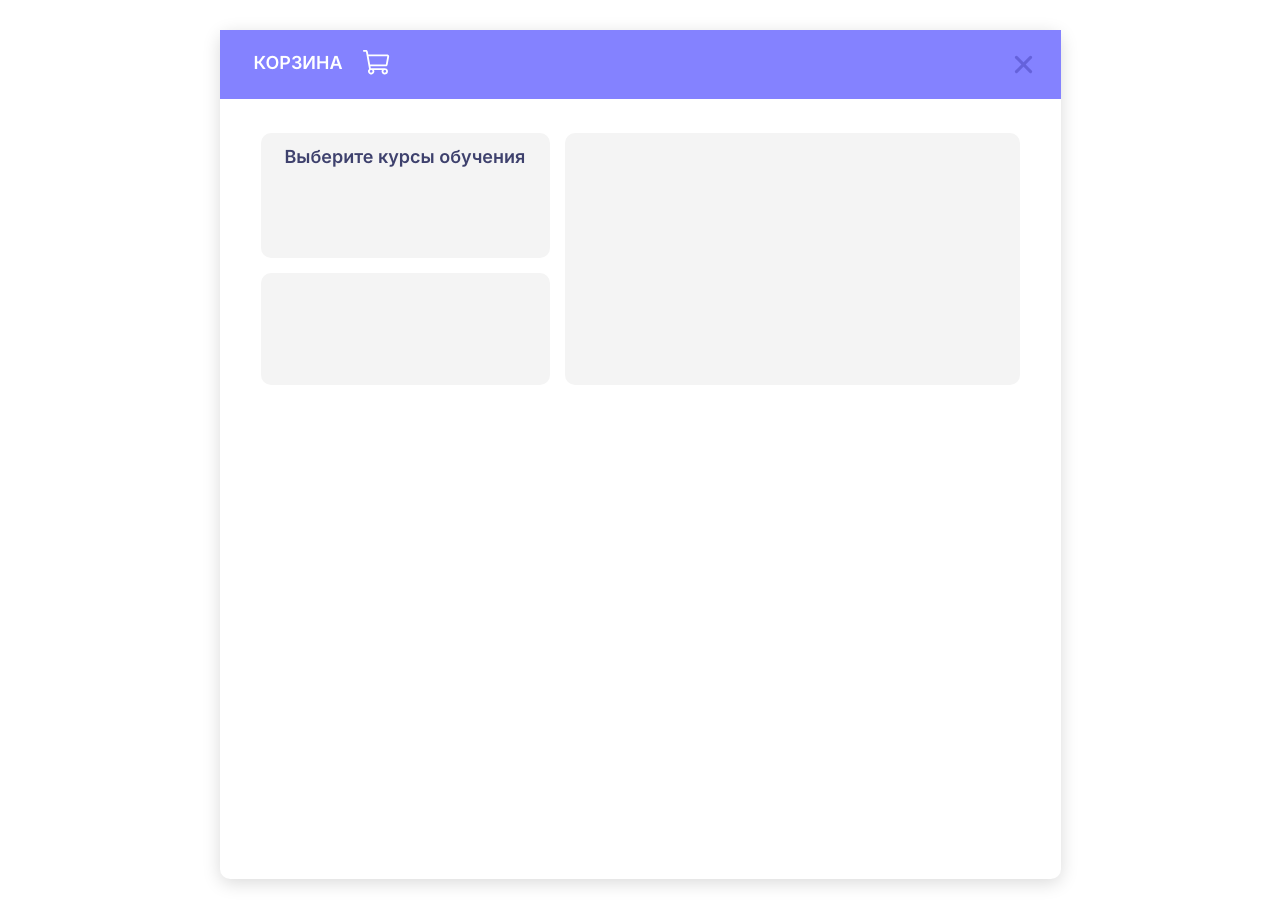
Repository: bek77g/unreal.academy
Page: basket.html
These files come from the project's save history. The page is drawn as it stood at one moment and after the next save; the edit follows.
The browser window is 1280 px wide. The pictures show the whole page.
The style sheet was rebuilt from its Sass, Less or Tailwind sources for each picture, by a compiler version that may differ from the author's.

Above is the page before, as saved 2021-05-05 16:35:34.

### basket.html
<!DOCTYPE html>
<html lang="en">
<head>
  <meta charset="UTF-8">
  <meta http-equiv="X-UA-Compatible" content="IE=edge">
  <meta name="viewport" content="width=device-width, initial-scale=1.0">
  <link rel="stylesheet" href="./src/css/style.css">
  <title></title>
</head>
<body>
    <main>
        <section class="basket">
            <div class="container">
                <div class="basket__card">
                    <div class="basket__header">
                        <div class="basket__logo">
                            <h3 class="basket__logo-title">КОРЗИНА</h3>
                            <div class="basket__logo-img">
                                <svg width="27" height="25" viewBox="0 0 27 25" fill="none" xmlns="http://www.w3.org/2000/svg">
                                    <path d="M24.6193 14.843L26.1041 6.67641C26.1516 6.41488 26.1411 6.1461 26.0734 5.88907C26.0056 5.63204 25.8822 5.39303 25.7119 5.18895C25.5415 4.98487 25.3285 4.8207 25.0877 4.70804C24.847 4.59538 24.5844 4.53699 24.3186 4.53699H5.29406L4.74012 1.49018C4.66427 1.07194 4.44395 0.693632 4.11763 0.421277C3.79131 0.148922 3.37971 -0.000178689 2.95468 1.60714e-07H0.907352C0.666707 1.60714e-07 0.435919 0.0956007 0.265757 0.265771C0.0955957 0.435941 0 0.666741 0 0.907398C0 1.14806 0.0955957 1.37886 0.265757 1.54903C0.435919 1.7192 0.666707 1.8148 0.907352 1.8148H2.95457L5.98319 18.4726C6.01027 18.6199 6.05549 18.7634 6.11782 18.8996C5.6648 19.2824 5.32806 19.7845 5.14574 20.3489C4.96343 20.9133 4.94283 21.5174 5.0863 22.0929C5.22976 22.6684 5.53154 23.1922 5.95744 23.605C6.38334 24.0178 6.91634 24.303 7.49602 24.4283C8.07571 24.5536 8.67891 24.5141 9.23728 24.3141C9.79564 24.1142 10.2868 23.7618 10.6552 23.297C11.0236 22.8322 11.2544 22.2734 11.3215 21.6841C11.3886 21.0948 11.2893 20.4985 11.0349 19.9628H18.9077C18.6129 20.5845 18.528 21.2851 18.6657 21.9593C18.8035 22.6335 19.1565 23.2446 19.6716 23.7008C20.1867 24.157 20.836 24.4336 21.5219 24.4888C22.2077 24.5441 22.8929 24.3751 23.4744 24.0072C24.0559 23.6393 24.5021 23.0926 24.746 22.4491C24.9899 21.8057 25.0182 21.1005 24.8267 20.4396C24.6352 19.7787 24.2342 19.1979 23.6841 18.7846C23.134 18.3713 22.4645 18.1479 21.7764 18.148H7.76863L7.43859 16.3332H22.8339C23.2589 16.3334 23.6705 16.1842 23.9968 15.9119C24.3231 15.6395 24.5434 15.2612 24.6193 14.843ZM9.5272 21.3239C9.5272 21.5931 9.44737 21.8562 9.29782 22.08C9.14827 22.3039 8.93571 22.4783 8.68701 22.5814C8.43832 22.6844 8.16466 22.7113 7.90064 22.6588C7.63663 22.6063 7.39412 22.4767 7.20378 22.2863C7.01343 22.0959 6.88381 21.8534 6.83129 21.5894C6.77878 21.3254 6.80573 21.0517 6.90874 20.803C7.01176 20.5543 7.1862 20.3417 7.41002 20.1922C7.63384 20.0426 7.89698 19.9628 8.16617 19.9628C8.52702 19.9632 8.87297 20.1067 9.12813 20.3619C9.38329 20.617 9.52681 20.963 9.5272 21.3239ZM23.1375 21.3239C23.1375 21.5931 23.0577 21.8562 22.9081 22.08C22.7586 22.3039 22.546 22.4783 22.2973 22.5814C22.0486 22.6844 21.7749 22.7113 21.5109 22.6588C21.2469 22.6063 21.0044 22.4767 20.8141 22.2863C20.6237 22.0959 20.4941 21.8534 20.4416 21.5894C20.3891 21.3254 20.416 21.0517 20.519 20.803C20.622 20.5543 20.7965 20.3417 21.0203 20.1922C21.2441 20.0426 21.5073 19.9628 21.7764 19.9628C22.1373 19.9632 22.4833 20.1067 22.7384 20.3619C22.9936 20.617 23.1371 20.963 23.1375 21.3239ZM5.62399 6.35179H24.3186L22.834 14.5184H7.10865L5.62399 6.35179Z" fill="white"/>
                                    </svg>
                            </div>
                        </div>
                        <div class="close-btn"></div>
                    </div>
                    <div class="basket__content">
                        <div class="basket__content-mcol">
                            <div class="basket__content-col">
                                <h4 class="basket__content-title">Выберите курсы обучения</h4>
                            </div>
                            <div class="basket__content-col"></div>
                        </div>
                        <div class="basket__content-mcol">
                            <div class="basket__content-col basket__content-col-second"></div>
                        </div>
                    </div>
                </div>
            </div>
        </section>
    </main>
</body>

### src/scss/style.scss
@import url(../fonts/inter/stylesheet.css);
@import "../libs/bs/bootstrap-grid.min.css";

* {
  margin: 0;
  padding: 0;
  box-sizing: border-box;
  scroll-behavior: smooth;
}

.container {
  max-width: 1240px;
}

$inter: "Inter", sans-serif;

@mixin text($ff, $ft, $fw, $fs, $lh, $cr) {
  font-family: $ff;
  font-style: $ft;
  font-weight: $fw;
  font-size: $fs;
  line-height: $lh;
  color: $cr;
}

a {
  text-decoration: none;
  outline: none;
}
ul {
  list-style: none;
}

.close-btn {
  width: 23px;
  position: relative;
  background: transparent;
  height: 3px;
  cursor: pointer;
  &::before {
    content: "";
    position: absolute;
    border-radius: 100px;
    width: 100%;
    height: 100%;
    background: #6562db;
    transform: rotate(45deg);
  }
  &::after {
    content: "";
    position: absolute;
    border-radius: 100px;
    width: 100%;
    height: 100%;
    background: #6562db;
    transform: rotate(-45deg);
  }
}

@import "header";
@import "home";
@import "video";
@import "courses";
@import "features";
@import "devstart";
@import "exs";
@import "lector";
@import "certificate";
@import "challange";
@import "slider";
@import "basket";

### src/scss/header.scss
.header {
  position: absolute;
  background-color: #fff;
  width: 100%;
  height: 140px;
  &__nav {
    display: flex;
    margin-top: 48px;
    justify-content: space-between;
    align-items: center;
  }
  &__logo {
    @include text($inter, normal, normal, 13px, 25px, #8482ff);
    &-part {
      color: #3e416d;
    }
  }
  &__mnu {
    display: flex;
    margin-top: 3px;
    column-gap: 57px;
    &-item a {
      @include text($inter, normal, normal, 16px, 19px, #3e416d);
      &:nth-child(2) {
        color: #8482ff;
      }
    }
  }
  &__dropper {
    position: relative;
  }
  &__dropdown {
    position: absolute;
    background: #fff;
    border: 1px solid #8482ff;
    width: 150px;
    top: 20px;
    display: none;
  }
  &__dropdown li a {
    width: 100%;
  }
  &__dropdown li:first-child a {
    @include text($inter, normal, normal, 16px, 17px, #8482ff);
  }
  &__dropdown li:last-child a {
    @include text($inter, normal, normal, 16px, 17px, #ff9882);
  }
  &__dropper:active > ul {
    display: block;
  }
}

### src/scss/home.scss
.home {
  background: url(../images/home/homeBG.png) top center/100% 100% no-repeat;
  background-size: cover;
  max-width: 100%;
  height: 870px;
  display: flex;
  justify-content: center;
  align-items: center;
  &__title {
    @include text($inter, normal, bold, 60px, 73px, #fff);
    width: 70%;
    margin: 100px auto 0;
    text-align: center;
  }
  &__btns {
    text-align: center;
    margin-top: 65px;
    display: flex;
    justify-content: center;
    &-style {
      @include text($inter, normal, 600, 16px, none, #fff);
      width: 164px;
      height: 49px;
      border: none;
      outline: none;
      border-radius: 4px;
    }
    &-start {
      background-color: #8482ff;
      margin-right: 30px;
      cursor: pointer;
      transition: 0.3s;
      &:hover {
        background-color: #55539e;
      }
    }
    &-more {
      background-color: transparent;
      border: 2px solid #ffffff;
      cursor: pointer;
      transition: 0.3s;
      &:hover {
        background-color: #ffffff;
        border: none;
        color: #555555;
      }
    }
  }
}

### src/scss/video.scss
.video {
  &__block {
    height: 439px;
    width: 776px;
    position: relative;
    background: url(../images/home/videoBOX.png) no-repeat;
    filter: drop-shadow(0px 4px 120px rgba(0, 0, 0, 9)),
      drop-shadow(0px 15px 29px rgba(0, 0, 0, 9));
    border-radius: 10px;
    margin: -104px auto 70px;
  }
  &__playbtn {
    display: inline-block;
    position: absolute;
    filter: drop-shadow(0px 4px 120px rgba(0, 0, 0, 0.1)),
      drop-shadow(0px 15px 29px rgba(0, 0, 0, 0.15));
    width: 114.1px;
    height: 114.1px;
    border-radius: 50%;
    font-size: 0;
    background-color: #fff;
    color: transparent;
    bottom: 105px;
    left: 50%;
    transform: translate(-50%, -50%);
    transition: 0.2s;
    cursor: pointer;
    img {
      width: 33px;
      height: 33px;
      margin: 40px 42px;
    }
  }
  &__arrow {
    width: 71px;
    height: 71px;
    margin: 0 auto;
    border-radius: 5px;
    display: block;
    padding-top: 11px;
    padding-left: 19px;
    background-color: #ff9882;
    filter: drop-shadow(0px 15px 30px rgba(255, 152, 130, 0.48));
  }
}

### src/scss/courses.scss
.courses {
  padding: 47px 0 109px;
  &__title {
    @include text($inter, normal, bold, 40px, 48px, #3e416d);
    text-align: center;
    margin-bottom: 23px;
  }
  &__col {
    margin: 40px 6.2px 0;
    height: 85%;
    padding: 17px 60px 17px 25px;
    background-color: #e7e7ff;
    border-radius: 10px;
    &-number {
      width: 82px;
      height: 60px;
      background-color: #8482ff;
      border-radius: 10px;
      margin-bottom: 25px;
    }
    &-title {
      @include text($inter, normal, bold, 40px, 63px, #fff);
      text-align: center;
    }
    &-subtitle {
      @include text($inter, normal, normal, 16px, 19px, #3e416d);
      opacity: 0.8;
    }
  }
}

### src/scss/features.scss
.features {
  padding-bottom: 74px;
  position: relative;
  overflow: hidden;
  &::before {
    content: "";
    background: url(../images/features/bfF.svg) top center/100% 100% no-repeat;
    width: 100%;
    height: 100%;
    position: absolute;
    top: 25%;
    right: 0;
    z-index: -1;
    bottom: -70px;
  }
  &__title {
    @include text($inter, normal, bold, 40px, 48px, #3e416d);
    width: 50%;
    margin: 0 auto;
    text-align: center;
    margin-bottom: 33px;
  }
  &__row {
    text-align: center;
    width: 93%;
    margin: 0 auto;
  }
  &__hr {
    width: 13%;
    height: 4px;
    margin: 0 auto;
    background: #8482ff;
  }
  &__mcol {
    margin-top: 47px;
    display: flex;
    justify-content: space-around;
  }
  &__col {
    padding: 38px 25px 35px;
    margin-right: 10px;
    border: 1px solid rgb(0, 0, 0);
    border-radius: 10px;
    text-align: center;
    background: #ffffff;
    &:nth-child(2) {
      padding: 37.5px 25px 35px;
    }
    &:nth-child(3) {
      padding: 37.5px 25px 35px;
    }
    &:nth-child(4) {
      padding: 37.4px 25px 35px;
    }
  }
  &__mcol &__col &__card-title {
    @include text($inter, normal, 600, 18px, 22px, #3e416d);
    margin: 18px 0 15px;
    color: #3e416d;
    &:nth-child(2) {
      margin: 17.5px 0 15px;
    }
    &:nth-child(3) {
      margin: 17.4px 0 15px;
    }
    &:nth-child(4),
    &:nth-child(5) {
      margin: 16px 0 15px;
    }
  }
  &__card-subtitle {
    @include text($inter, normal, normal, 16px, 19px, #3e416d);
    margin-top: 10px;
    opacity: 0.8;
  }
}

### src/scss/exs.scss
.exs {
  padding-top: 110px;
  height: 740px;
  background: #3e416d;
  &__title {
    @include text($inter, normal, bold, 40px, 48px, #fff);
    text-align: center;
    margin-bottom: 113.9px;
  }
  &__row {
    display: flex;
    justify-content: space-between;
  }
  &__mcol {
    position: relative;
  }
  &__mcol:first-child &__col img {
    top: 5.5px;
  }
  &__mcol:nth-child(2) &__col img {
    top: 10px;
  }
  &__mcol:nth-child(3) &__col img {
    top: 1px;
  }
  &__mcol:nth-child(4) &__col img {
    top: 15px;
  }
  &__mcol:nth-child(5) &__col img {
    top: 1px;
  }
  &__col img {
    z-index: 3;
    transition: 0.3s;
    position: absolute;
  }
  &__col {
    background: rgba(132, 130, 255, 0.23);
    border: 4px solid #8482ff;
    width: 100%;
    height: 197px;
    display: inline-flex;
    align-items: center;
    justify-content: center;
    border-radius: 46px;
    position: relative;
    padding-top: 50%;
    transition: 0.5s;
    z-index: 1;
    &:hover {
      transform: scale(1.2);
      padding: 50% 15px 0;
      width: 104%;
      background: #8482ff;
      border-radius: 46px;
      height: 110%;
      transition: 0.3s;
      img {
        transform: scale(0.9);
        transition: 0.5s;
      }
      .exs__hidtext {
        margin-top: 105px;
        color: #fff;
      }
      .exs__hidsub {
        color: #fff;
      }
      .exs__descrs {
        color: #8482ff;
      }
    }
  }
  &__hidtext {
    @include text($inter, normal, 600, 16px, 22px, transparent);
    transition: 0.3s;
    text-align: center;
  }
  &__hidsub {
    @include text($inter, normal, normal, 12px, 17px, transparent);
    transition: 0.3s;
    text-align: center;
    margin: 10px 0 10px;
    opacity: 0.8;
  }
  &__descrs {
    @include text($inter, normal, 600, 18px, 22px, #fff);
    text-align: center;
    top: 200px;
    width: 100%;
    position: absolute;
    left: 50%;
    transform: translateX(-50%);
    margin-top: 40px;
    color: #ffffff;
  }
}

### src/scss/lector.scss
.lector {
  padding: 80px 0 60px;
  background: #3e416d;
  text-align: center;
  &__title {
    @include text($inter, normal, bold, 40px, 48px, #fff);
    text-align: center;
    margin-bottom: 179px;
    &-part {
      color: #8482ff;
    }
  }
  &__face {
    position: relative;
    z-index: 1;
  }
  &__content {
    width: 90%;
    margin: 0 auto;
    display: flex;
    justify-content: center;
    align-items: center;
  }
  &__first {
    width: 33%;
    text-align: end;
    margin-top: -60px;
    margin-right: 30px;
    .lector__descrs:first-child {
      width: 174px;
    }
    .lector__descrs:nth-child(2) {
      margin-right: 48px;
      width: 280px;
    }
    .lector__descrs:nth-child(3) {
      width: 250px;
    }
  }
  &__second {
    width: 33%;
    text-align: center;
    margin-top: -60px;
    margin-left: 30px;
    .lector__descrs:first-child {
      margin-right: 110px;
      width: 214px;
    }
    .lector__descrs:nth-child(2) {
      margin-left: 52px;
      width: 272px;
    }
    .lector__descrs:nth-child(3) {
      width: 252px;
    }
  }
  &__eclipse {
    position: absolute;
    bottom: 64%;
    left: 50%;
    z-index: -1;
    transform: translateX(-50%);
    width: 452.95px;
    height: 208.23px;
    &::before {
      position: absolute;
      content: url(../images/lector/Ellipse31.svg);
      left: -23px;
      top: 25px;
    }
    &::after {
      position: absolute;
      content: url(../images/lector/Ellipse32.svg);
      top: 25px;
      left: -20px;
    }
    &-part {
      position: absolute;
      width: 452.95px;
      height: 208.23px;
      top: 60%;
      border-radius: 50%;
      border: 4.44944px solid #8482ff;
    }
    &-partcircle {
      position: absolute;
      width: 27.59px;
      height: 27.59px;
      right: 0;
      top: 50px;
      border-radius: 50%;
      background: #8482ff;
      &::before {
        content: "";
        position: absolute;
        width: 18.69px;
        height: 18.69px;
        top: 180px;
        border-radius: 50%;
        border: 0.889888px solid #8482ff;
      }
    }
    &-partcircle2 {
      position: absolute;
      width: 27.59px;
      height: 27.59px;
      border-radius: 50%;
      left: 40px;
      top: -12px;
      border: 4.44944px solid #8482ff;
      &::before {
        content: "";
        position: absolute;
        width: 19.69px;
        height: 19.69px;
        top: 284px;
        left: 47.6px;
        border-radius: 50%;
        background: #8482ff;
      }
    }
  }
  &__descrs {
    @include text($inter, normal, 600, 16px, 19px, #3e416d);
    display: inline-block;
    text-align: center;
    padding: 10px 14px;
    background: #ff9882;
    border-radius: 42px;
    width: 100%;
    height: 100%;
    margin-bottom: 25px;
  }
  &__socs {
    margin: 65.7px auto 0;
    width: 76px;
  }
  &__socs a {
    cursor: pointer;
  }
  &__name {
    @include text($inter, normal, 600, 30px, 36px, #ffffff);
    margin-top: 13.4px;
  }
  &__review {
    @include text($inter, normal, normal, 16px, 19px, #ffffff);
    margin-top: 13px;
    opacity: 0.8;
  }
}

### src/scss/certificate.scss
.certificate {
  padding: 60px 0 57px;
  background: #3e416d;
  &__row {
    display: flex;
    align-items: center;
    justify-content: center;
  }
  &__col {
    text-align: center;
    &:last-child {
      margin-bottom: 60px;
    }
  }
  &__cert {
    width: 416px;
    height: 555px;
  }
  &__title {
    @include text($inter, normal, bold, 40px, 48px, #fff);
    text-align: start;
  }
  &__des {
    @include text($inter, normal, normal, 18px, 22px, #fff);
    margin: 30px 0 36px;
    text-align: start;
  }
  &__get {
    margin-right: 56px;
  }
  &__sub {
    display: flex;
    &-title {
      @include text($inter, normal, 600, 18px, 22px, #fff);
      margin-bottom: 19px;
    }
    &-cov {
      @include text($inter, normal, normal, 16px, 19px, #fff);
    }
  }
  &__courses {
    margin-top: 10px;
    margin-left: 19px;
  }
  &__course {
    text-align: start;
    text-decoration-line: underline;
    position: relative;
    cursor: pointer;
    &:before {
      content: "·";
      position: absolute;
      font-size: 96px;
      bottom: 3px;
      left: -25px;
    }
  }
  &__courses a:first-child &__course {
    @include text($inter, normal, normal, 14px, 17px, #8482ff);
  }
  &__course:last-child {
    @include text($inter, normal, normal, 14px, 17px, #ff9882);
  }
}

### src/scss/challange.scss
.challange {
  padding: 57px 0 60px;
  background: #3e416d;
  &__box {
    padding: 60px 130px;
    background: #525794;
    border: 2px solid #8482ff;
    box-sizing: border-box;
    border-radius: 20px;
  }
  &__col {
    display: flex;
    align-items: center;
    justify-content: center;
    padding-right: 70px;
  }
  &__title {
    @include text($inter, normal, bold, 40px, 48px, #fff);
    margin-bottom: 40px;
    text-align: stert;
  }
  &__sub {
    display: flex;
  }
  &__fond {
    margin-right: 66px;
  }
  &__optxt {
    @include text($inter, normal, normal, 18px, 22px, #fff);
    opacity: 0.5;
    margin-bottom: 11px;
  }
  &__txt {
    @include text($inter, normal, bold, 30px, 36px, #fff);
    margin-bottom: 38px;
  }
  &__prises {
    display: flex;
    justify-content: space-between;
    margin-bottom: 43px;
    &-boxes {
      @include text($inter, normal, bold, 21.5548px, 26px, #fff);
      padding: 10.8px 16px;
      border-radius: 14.3698px;
      width: 190.4px;
      height: 100%;
      &:first-child {
        background: #ff9882;
        box-shadow: 0px 10.0589px 22.9918px -7.18492px rgba(255, 152, 130, 0.5);
      }
      &:nth-child(2) {
        background: #a5a5b5;
        box-shadow: 0px 10.0589px 22.9918px -7.18492px rgba(165, 165, 181, 0.5);
      }
      &:last-child {
        background: #ac8f73;
        box-shadow: 0px 10.0589px 22.9918px -7.18492px rgba(172, 143, 115, 0.5);
      }
    }
    &-txt {
      @include text($inter, normal, normal, 12.9329px, 16px, #fff);
      opacity: 0.5;
    }
  }
  &__btn {
    @include text($inter, normal, 600, 16px, 19px, #fff);
    width: 182px;
    height: 49px;
    border: none;
    outline: none;
    background: #8482ff;
    border-radius: 4px;
    cursor: pointer;
    &:hover {
      background: #4d4c92;
    }
  }
}

### src/scss/slider.scss
.slider {
  padding: 60px;
  background: #3e416d;
  &__title {
    @include text($inter, normal, bold, 40px, 48px, #fff);
    text-align: center;
  }
}

### src/scss/basket.scss
.basket {
  display: flex;
  align-items: center;
  justify-content: center;
  padding: 30px;
  &__card {
    width: 841px;
    height: 849px;
    margin: 0 auto;
    background: #ffffff;
    box-shadow: 0px 4px 18px rgba(0, 0, 0, 0.15);
    border-radius: 10px;
  }
  &__header {
    padding: 0 25.5px 0 34px;
    width: 100%;
    height: 69px;
    display: flex;
    justify-content: space-between;
    align-items: center;
    background: #8482ff;
  }
  &__logo {
    display: flex;
    &-title {
      @include text($inter, normal, 600, 18px, 26px, #fff);
      text-align: center;
      text-transform: uppercase;
      margin-right: 20px;
    }
  }
  &__content {
    height: 780px;
    width: 100%;
    padding: 34px 41px;
    display: flex;
    &-mcol:first-child {
      width: 289px;
      margin-right: 15px;
    }
    &-mcol:last-child {
      width: 455px;
    }
    &-title {
      @include text($inter, normal, 600, 18px, 22px, #3e416d);
    }
    &-col {
      background: #f4f4f4;
      padding: 13px 24px;
      border-radius: 10px;
      width: 100%;
      height: 125px;
      margin-bottom: 15px;
      &:nth-child(2) {
        height: 112px;
        padding: 15px 102px 15px 20px;
      }
      &-second {
        margin: 0;
        padding: 13px 15px 22px 20px;
        height: 252px;
      }
    }
  }
}

Loaded but not shown: src/fonts/inter/stylesheet.css (common file); src/libs/bs/bootstrap-grid.min.css (library); src/scss/devstart.scss (164 lines, source omitted)

After the next save:
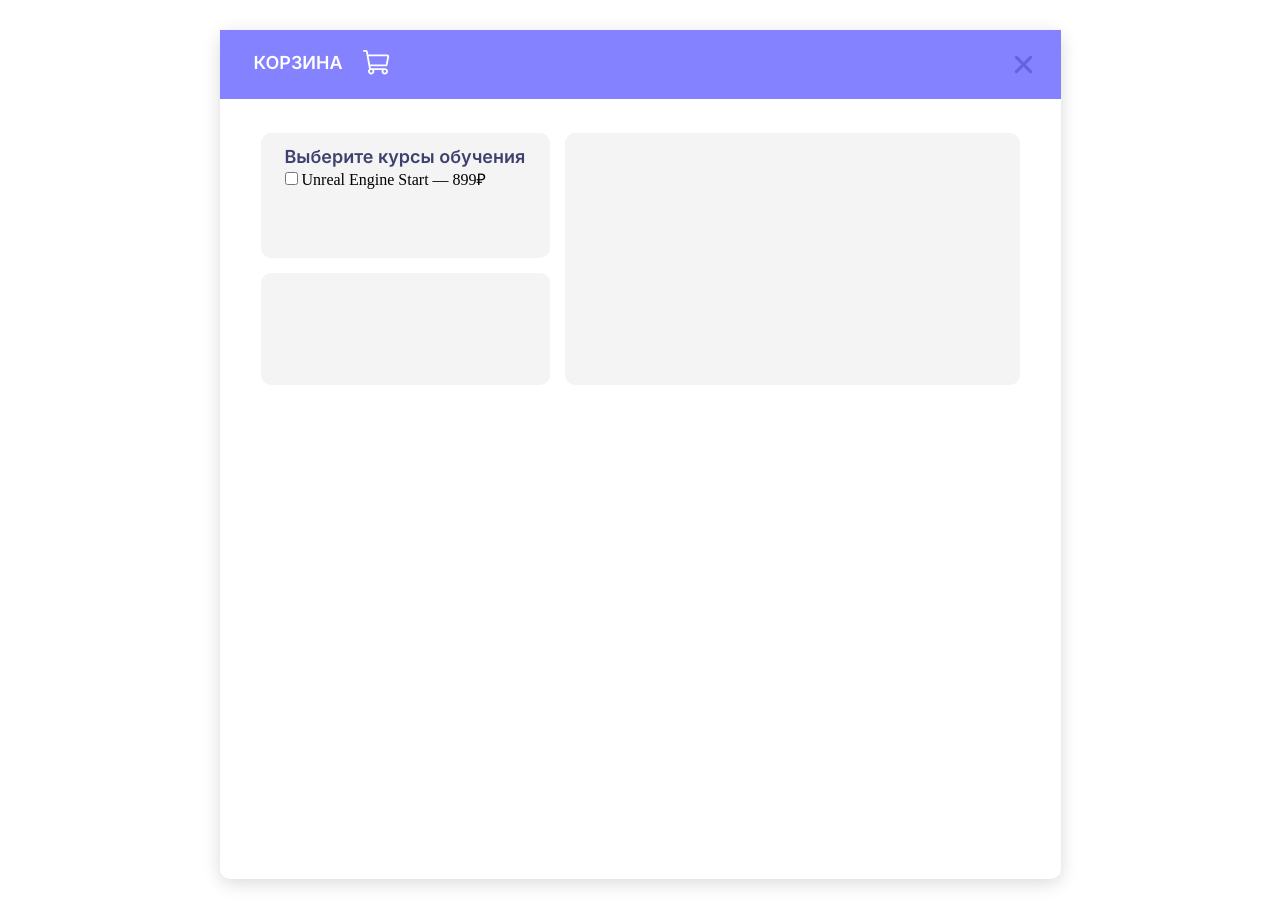
Saved 5 min 31 s later.
--- a/basket.html
+++ b/basket.html
@@ -27,6 +27,10 @@
                         <div class="basket__content-mcol">
                             <div class="basket__content-col">
                                 <h4 class="basket__content-title">Выберите курсы обучения</h4>
+                                <div class="checkbox">
+                                    <input type="checkbox" class="basket__checkbox">
+                                    <label for=""><span>Unreal Engine Start — 899₽</span></label>
+                                </div>
                             </div>
                             <div class="basket__content-col"></div>
                         </div>
